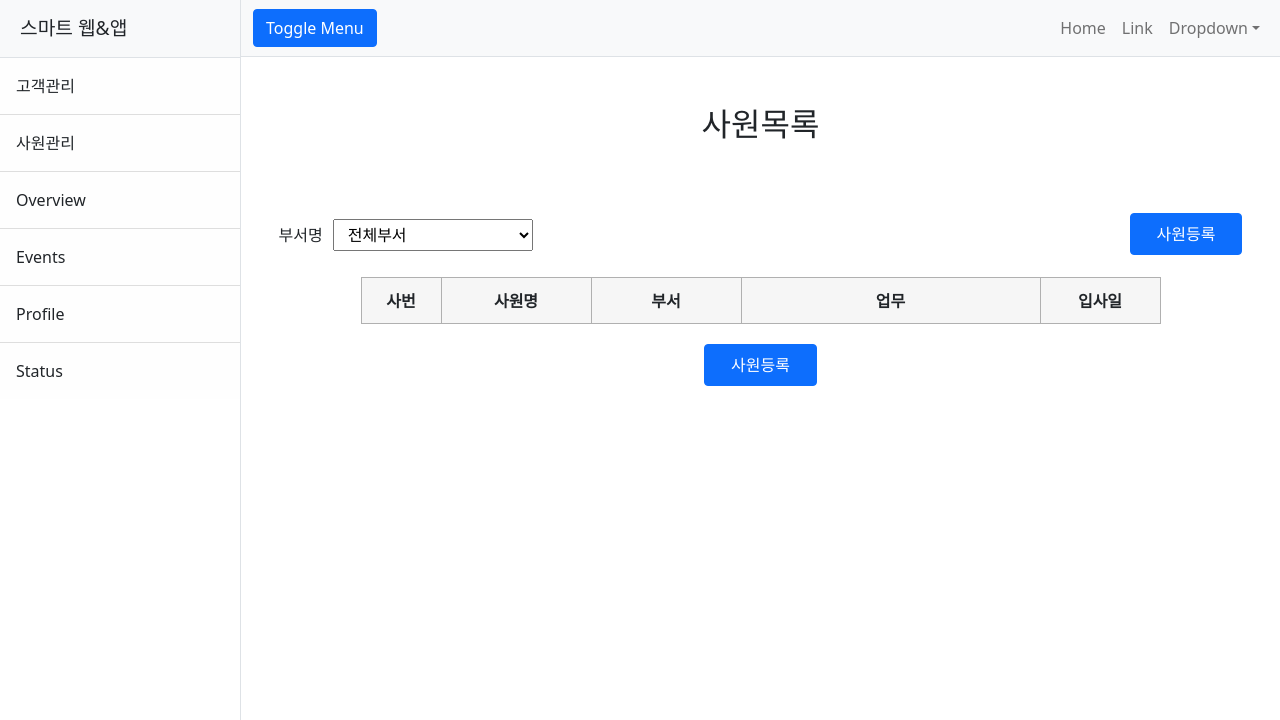
Repository: iwonhee/Study_Servlet
Page: http://localhost/web/employee/list.jsp
These files come from the project's save history. The page is drawn as it stood at one moment and after the next save; the edit follows.
The browser window is 1280 px wide. The pictures show the whole page.
The page is served by Tomcat 9. Other server files are loaded and not shown. The template is opened directly, without the code that normally fills it, so the values that code supplies are empty.

Above is the page before, as saved 2022-11-28 07:56:29.

### web/src/main/webapp/employee/list.jsp
<%@ page language="java" contentType="text/html; charset=UTF-8"
    pageEncoding="UTF-8"%>
<%@ taglib uri="http://java.sun.com/jsp/jstl/core" prefix="c"%>
<!DOCTYPE html>
<html>
<head>
<meta charset="UTF-8">
<meta name="viewport" content="width=device-width, initial-scale=1, shrink-to-fit=no" />
<title>Insert title here</title>
</head>
<body>
    <div class="d-flex" id="wrapper">
        <!-- SideBar-->
        <jsp:include page="/include/sidebar.jsp"></jsp:include>
        <!-- Page content wrapper-->
	<div id="page-content-wrapper">
        <!-- Top navigation-->
        <jsp:include page="/include/navigation.jsp"></jsp:include>
        <!-- Page content-->
    <div class="container-fluid">
    	<h2 class="mt-5">사원목록</h2>

    	<form method='post' action='list.hr'>
    	<div class='list-flex' w-px800>
	    	<div id='list-top' class='w-px800'>
	    		<ul>
	    			<li>부서명</li>
	    			<li>
	    				<select class='w-px200' onchange='$("form").submit()'>
	    					<option value='-1'>전체부서</option>
	    					<c:forEach items='${dList}' var='d'>
		    					<option value='${d.department_id}'>${d.department_name}</option>
	    					</c:forEach>
	    				</select>
	    			</li>
	    		</ul>
	    	</div>

	    	<div class='btnSet'>
	    		<button class='btn btn-primary'
	    				onclick='location="insert.hr"'>사원등록</button>
	    	</div>
	    </div>
    	<table class="w-px800">
    	<colgroup>
    		<col width='80px'>
    		<col width='150px'>
    		<col width='150px'>
    		<col>
    		<col width='120px'>
    	</colgroup>
    	<tr>
    		<th>사번</th>
    		<th>사원명</th>
    		<th>부서</th>
    		<th>업무</th>
    		<th>입사일</th>
    	</tr>
    	<c:forEach items="${list}" var="dto">
	    	<tr>
	    		<td>${dto.employee_id}</td>
	    		<td class='click'><a href='info.hr?id=${dto.employee_id}'>${dto.name}</a></td>
	    		<td>${dto.department_name}</td>
	    		<td>${dto.job_title}</td>
	    		<td>${dto.hire_date}</td>
	    	</tr>
    	</c:forEach>
    	</table>

    	</form>

        <div class="btnSet">
        	<button class="btn btn-primary" onclick='location="insert.hr"'>사원등록</button>
        </div>

            </div> <!-- #wrapper -->
        </div> <!-- #page-content-wrapper -->
    </div> <!-- .container-fluid -->
</body>
</html>

### web/src/main/webapp/include/sidebar.jsp
<%@ page language="java" contentType="text/html; charset=UTF-8"
    pageEncoding="UTF-8"%>
<%@ taglib uri="http://java.sun.com/jsp/jstl/core" prefix="c"%>
<head>
	<link rel="icon" type="image/x-icon" href="assets/favicon.ico" />
	<link href="css/styles.css" rel="stylesheet" />
	<link href="css/common.css?<%= new java.util.Date() %>" rel="stylesheet" />

	<script src="https://code.jquery.com/jquery-3.6.1.js"></script>
	<script src="https://cdn.jsdelivr.net/npm/bootstrap@5.1.3/dist/js/bootstrap.bundle.min.js"></script>
	<script src="js/scripts.js"></script>

</head>

<body>
<div class="border-end bg-white" id="sidebar-wrapper">
    <div class="sidebar-heading border-bottom bg-light"><a href='<c:url value="/"/>'>스마트 웹&amp;앱</a></div>
    <div class="list-group list-group-flush">
        <a class="${category eq 'cu' ? 'category' : ''} list-group-item list-group-item-action list-group-item-light p-3" href="list.cu">고객관리</a>
        <a class="${category eq 'hr' ? 'category' : ''} list-group-item list-group-item-action list-group-item-light p-3" href="list.hr">사원관리</a>
        <a class="list-group-item list-group-item-action list-group-item-light p-3" href="#!">Overview</a>
        <a class="list-group-item list-group-item-action list-group-item-light p-3" href="#!">Events</a>
        <a class="list-group-item list-group-item-action list-group-item-light p-3" href="#!">Profile</a>
        <a class="list-group-item list-group-item-action list-group-item-light p-3" href="#!">Status</a>
    </div>
</div>
</body>

### web/src/main/webapp/include/navigation.jsp
<%@ page language="java" contentType="text/html; charset=UTF-8"
    pageEncoding="UTF-8"%>
<%@ taglib uri="http://java.sun.com/jsp/jstl/core" prefix="c"%>
<link rel="icon" type="image/x-icon" href="assets/favicon.ico" />
<link href="css/styles.css" rel="stylesheet" />
<nav class="navbar navbar-expand-lg navbar-light bg-light border-bottom">
    <div class="container-fluid">
        <button class="btn btn-primary" id="sidebarToggle">Toggle Menu</button>
        <button class="navbar-toggler" type="button" data-bs-toggle="collapse" data-bs-target="#navbarSupportedContent" aria-controls="navbarSupportedContent" aria-expanded="false" aria-label="Toggle navigation"><span class="navbar-toggler-icon"></span></button>
        <div class="collapse navbar-collapse" id="navbarSupportedContent">
            <ul class="navbar-nav ms-auto mt-2 mt-lg-0">
                <li class="nav-item active"><a class="nav-link" href="#!">Home</a></li>
                <li class="nav-item"><a class="nav-link" href="#!">Link</a></li>
                <li class="nav-item dropdown">
                    <a class="nav-link dropdown-toggle" id="navbarDropdown" href="#" role="button" data-bs-toggle="dropdown" aria-haspopup="true" aria-expanded="false">Dropdown</a>
                    <div class="dropdown-menu dropdown-menu-end" aria-labelledby="navbarDropdown">
                        <a class="dropdown-item" href="#!">Action</a>
                        <a class="dropdown-item" href="#!">Another action</a>
                        <div class="dropdown-divider"></div>
                        <a class="dropdown-item" href="#!">Something else here</a>
                    </div>
                </li>
            </ul>
        </div>
    </div>
</nav>

### web/src/main/webapp/css/common.css
@charset "UTF-8";
body{text-align:center;}
table th, table td{
	border:1px solid #b0b0b0;
}
ul{
	list-style: none;
	align-items: center;
	padding:0;
}
.list-flex{
	display:flex;
	justify-content: space-between;
}
#list-top{
	margin: 10px auto;
	display:flex;
	justify-content: space-between;
}
#list-top ul{display:flex;}
#list-top ul li:not(:first-child){margin-left:10px;}
.category{background-color:#0b5ed7 !important; color:#fff !important;}
table { text-align:center; margin: 0 auto;}
.btnSet{text-align:center; margin:20px auto;}
.btnSet button{padding: 8px 26px;}
table tr{height:46px;}
table.tb_list tr{height:38px;}
table td{ padding: 8px 10px }
table th{ background-color:#f6f6f6; text-align:center;}
h2{margin:50px auto; text-align:center; margin-top:30px;}

a:link, a:visited{text-decoration:none; color:inherit}
a:hover{ text-decoration:underline; color:#3367d6;}

select{
	height:32px;
	cursor:pointer;
	padding-left:10px;
}

.click{padding:0}
.click a{display:block; padding:12px 0 9px 0; transition:all .2s}
.click a:hover{background-color:#0d6efd; color:#fff; text-decoration:none}

.mr-5{margin-right:20px;}

.w-pct80 { width: 80% }
.w-pct60 { width: 60% }
.w-pct40 { width: 40% }

.w-px40 { width: 40px }
.w-px60 { width: 60px }
.w-px80 { width: 80px }
.w-px100 { width: 100px }
.w-px120 { width: 120px }
.w-px140 { width: 140px }
.w-px160 { width: 160px }
.w-px180 { width: 180px }
.w-px200 { width: 200px }
.w-px300 { width: 300px }
.w-px400 { width: 400px }
.w-px500 { width: 500px }
.w-px600 { width: 600px }
.w-px800 { width: 800px }
.w-px1000 { width: 1000px }

### web/src/main/webapp/js/scripts.js
/*!
* Start Bootstrap - Simple Sidebar v6.0.5 (https://startbootstrap.com/template/simple-sidebar)
* Copyright 2013-2022 Start Bootstrap
* Licensed under MIT (https://github.com/StartBootstrap/startbootstrap-simple-sidebar/blob/master/LICENSE)
*/
//
// Scripts
//

window.addEventListener('DOMContentLoaded', event => {

    // Toggle the side navigation
    const sidebarToggle = document.body.querySelector('#sidebarToggle');
    if (sidebarToggle) {
        // Uncomment Below to persist sidebar toggle between refreshes
        // if (localStorage.getItem('sb|sidebar-toggle') === 'true') {
        //     document.body.classList.toggle('sb-sidenav-toggled');
        // }
        sidebarToggle.addEventListener('click', event => {
            event.preventDefault();
            document.body.classList.toggle('sb-sidenav-toggled');
            localStorage.setItem('sb|sidebar-toggle', document.body.classList.contains('sb-sidenav-toggled'));
        });
    }

});

Loaded but not shown: web/src/main/webapp/css/styles.css (library)

After the next save:
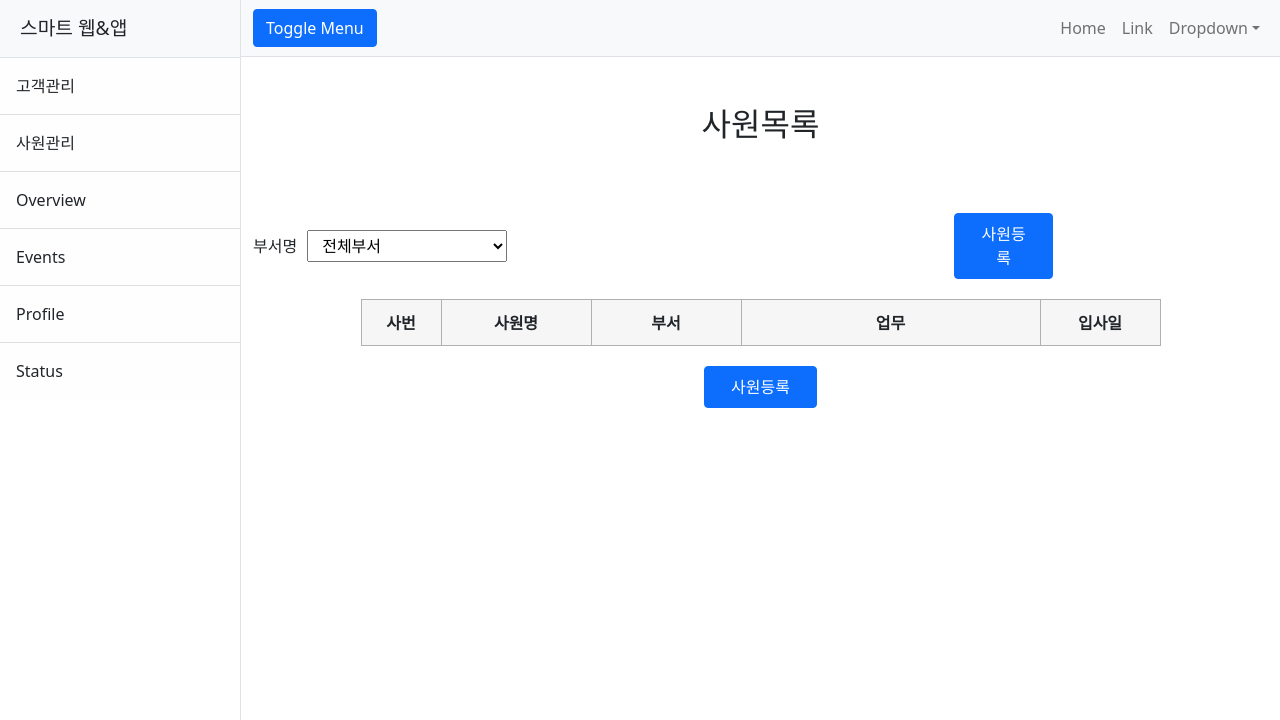
Saved 8 s later.
--- a/web/src/main/webapp/employee/list.jsp
+++ b/web/src/main/webapp/employee/list.jsp
@@ -21,7 +21,7 @@
     	<h2 class="mt-5">사원목록</h2>
 
     	<form method='post' action='list.hr'>
-    	<div class='list-flex' w-px800>
+    	<div class='list-flex w-px800' >
 	    	<div id='list-top' class='w-px800'>
 	    		<ul>
 	    			<li>부서명</li>
